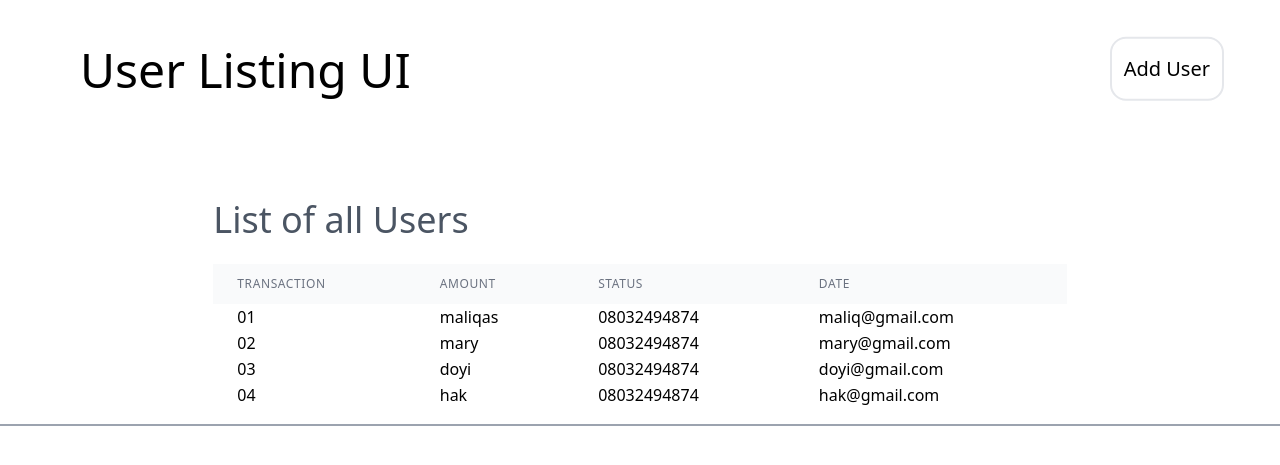
Repository: Marlstergo/listings
Page: / (app in client/)
These files come from the project's save history. The page is drawn as it stood at one moment and after the next save; the edit follows.
The browser window is 1280 px wide. The pictures show the whole page.
The project was rebuilt for these pictures with package versions that can differ from the ones it lists, and the page was loaded fresh each time. Also part of the build but not shown: client/craco.config.js, client/src/components/Loader.js, client/src/components/Modal.js. Imported but missing from the stored project, and not drawn on this page: client/src/components/Base, client/src/components/Toppings.

Above is the page before, as saved 2021-07-21 14:48:49.

After the next save:
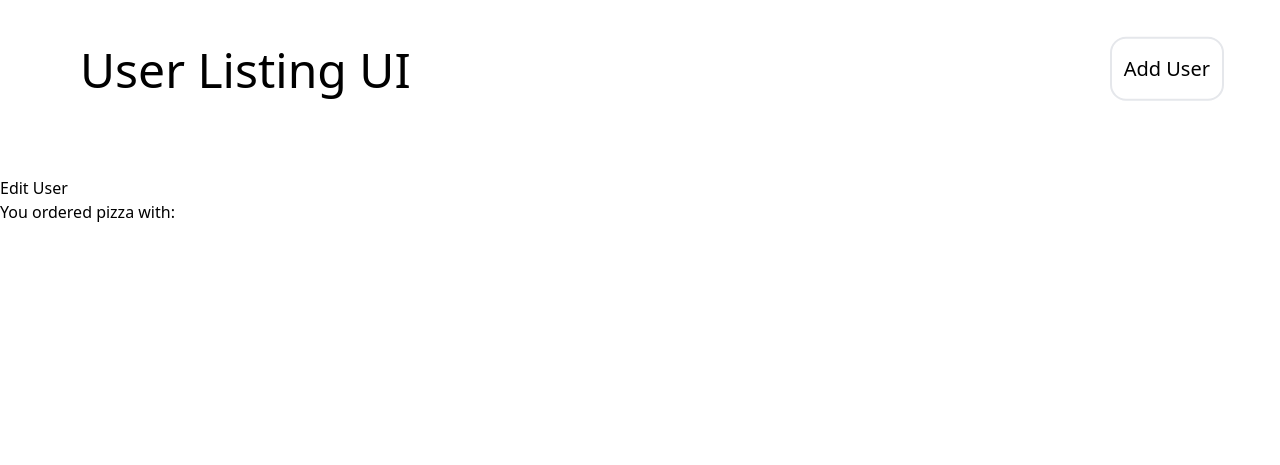
Saved 37 s later.
--- a/client/src/App.js
+++ b/client/src/App.js
@@ -19,7 +19,7 @@
       <AnimatePresence exitBeforeEnter>
         <Switch location={location} key={location.key}>
           <Route path="/">
-            <Home />
+            <Order />
           </Route>
           <Route exact path="/createUpdateUser">
             <Toppings />

After the 2 saves that followed:
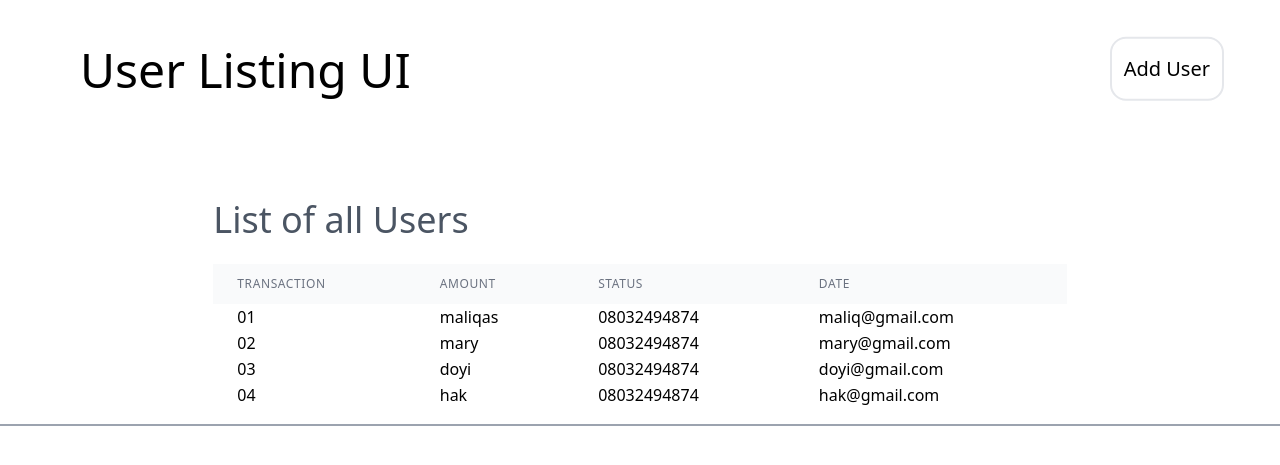
The 2 saves are shown as one change because 1 left the picture as it was.
The last was saved 9 min 57 s later.
--- a/client/src/index.js
+++ b/client/src/index.js
@@ -4,7 +4,7 @@ import ReactDOM from "react-dom";
 import "./index.css";
 import App from "./App";
 import reportWebVitals from "./reportWebVitals";
-import { BrowserRouter } from "react-router-dom";
+import { BrowserRouter as Router } from 'react-router-dom';
 import { Provider } from "react-redux";
 import { store } from "./redux/store";
 import { PersistGate } from "redux-persist/integration/react";
@@ -13,11 +13,11 @@ import { persistor } from "./redux/store";
 ReactDOM.render(
   <React.StrictMode>
     <Provider store={store}>
-      <BrowserRouter>
+      <Router>
         <PersistGate persistor={persistor}>
           <App />
         </PersistGate>
-      </BrowserRouter>
+      </Router>
     </Provider>
   </React.StrictMode>,
   document.getElementById("root")
--- a/client/src/App.js
+++ b/client/src/App.js
@@ -19,7 +19,7 @@
       <AnimatePresence exitBeforeEnter>
         <Switch location={location} key={location.key}>
           <Route path="/">
-            <Order />
+            <Home />
           </Route>
           <Route exact path="/createUpdateUser">
             <Toppings />
